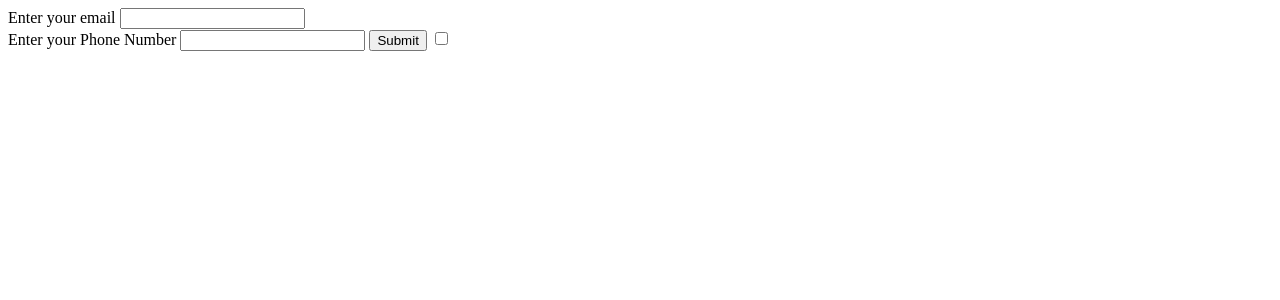
Repository: OmarAl-Saleh/Hospital-Emergency-System
Page: http://localhost/EmergencySystem/patient/sign-in.jsp
These files come from the project's save history. The page is drawn as it stood at one moment and after the next save; the edit follows.
The browser window is 1280 px wide. The pictures show the whole page.
The page is served by Tomcat 9. Other server files are loaded and not shown.

Above is the page before, as saved 2024-05-22 09:33:19.

### EmergencySystem/EmergencySystem/src/main/webapp/patient/sign-in.jsp
<%@ page language="java" contentType="text/html; charset=ISO-8859-1"
    pageEncoding="ISO-8859-1"%>
<!DOCTYPE html>
<html>
<head>
<meta charset="ISO-8859-1">
<title>Patient sign in page</title>
</head>
<body>
<form action="patient_servlet" method="get">
<label>Enter your email</label>
<input type="email" name="email"/>
<br>
<label>Enter your Phone Number</label>
<input type="tel" name="phoneNumber"/>
<input type="submit" value="Submit" />
<input type="checkbox" name="sub_patient" />
</form>
</body>
</html>

After the next save:
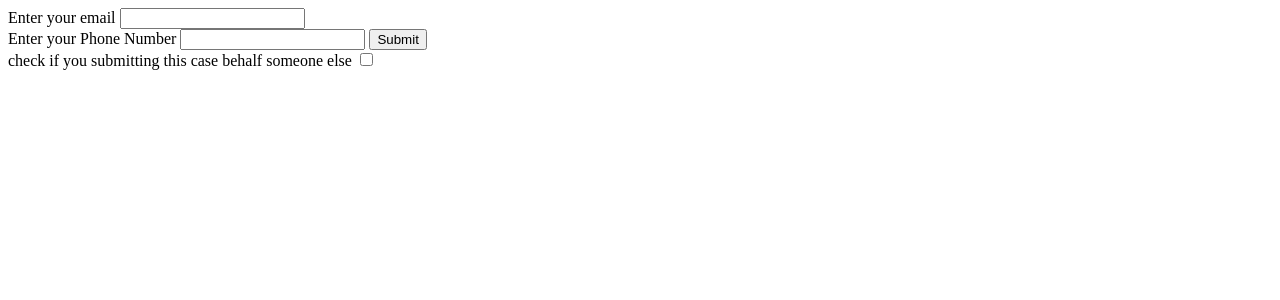
Saved 96 s later.
--- a/EmergencySystem/EmergencySystem/src/main/webapp/patient/sign-in.jsp
+++ b/EmergencySystem/EmergencySystem/src/main/webapp/patient/sign-in.jsp
@@ -14,6 +14,8 @@
 <label>Enter your Phone Number</label>
 <input type="tel" name="phoneNumber"/>
 <input type="submit" value="Submit" />
+<br>
+<label>check if you submitting this case behalf someone else</label>
 <input type="checkbox" name="sub_patient" />
 </form>
 </body>
